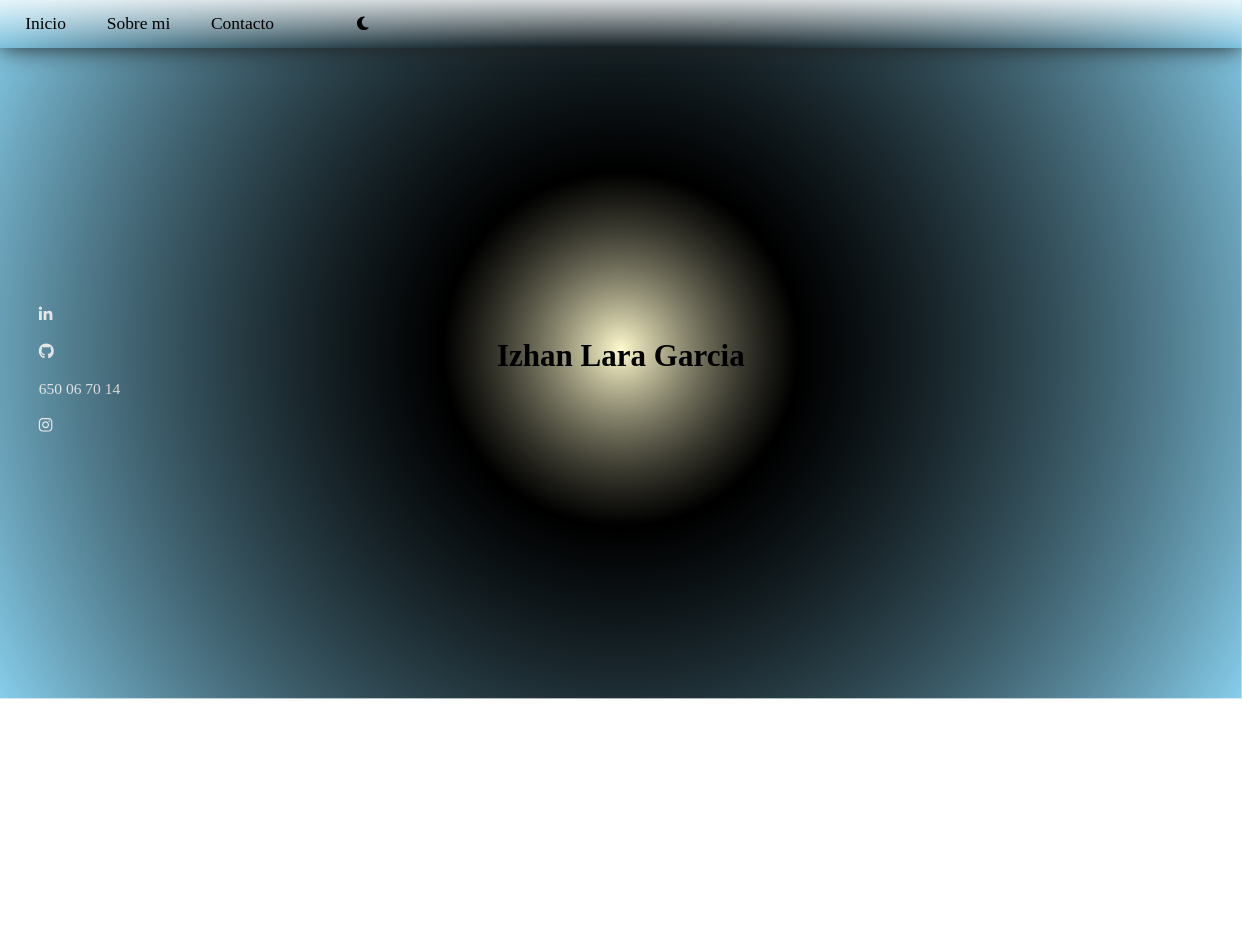
Repository: izhanlaraagarcia/izhanlaraagarcia.github.io
Page: / (app in vite-project/)
An editor plug-in stored every save of this project. The page is shown before and after the next save, followed by the edit.
The browser window is 1280 px wide. The pictures show the whole page, at 97% of full size.
The project was rebuilt for these pictures with package versions that can differ from the ones it lists, and the page was loaded fresh each time. Also part of the build but not shown: vite-project/vite.config.js, vite-project/src/pages/About/styles/about.scss, vite-project/src/pages/About/about.jsx, vite-project/src/pages/Contact/contact.jsx.

Above is the page before, as saved 2024-08-19 13:21:41.

After the next save:
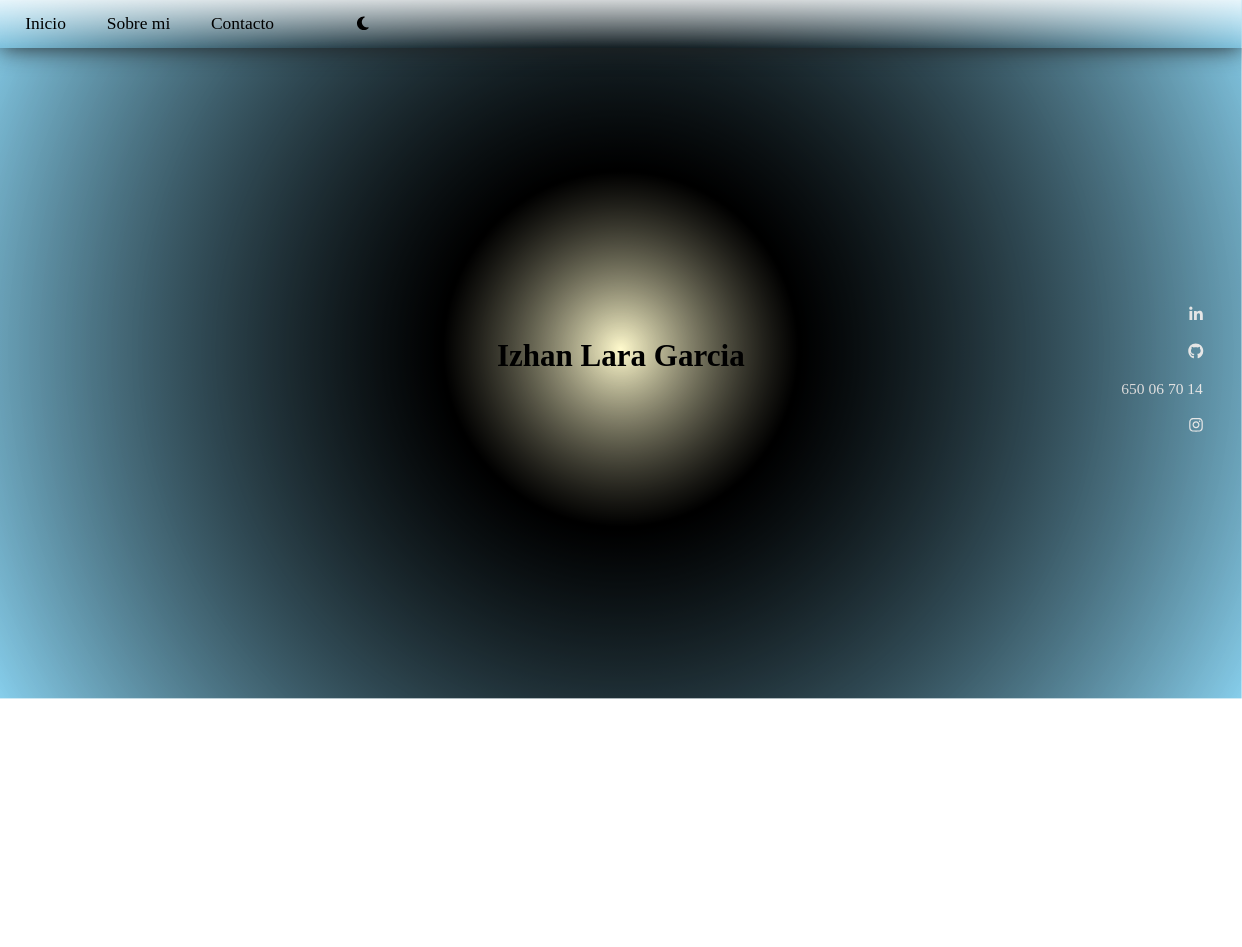
Saved 3 min 5 s later.
--- a/vite-project/src/Componentes-Generales/styles/social.scss
+++ b/vite-project/src/Componentes-Generales/styles/social.scss
@@ -4,7 +4,7 @@
     list-style: none; // Elimina los puntos de la lista
     padding: 0; // Elimina el padding de la lista
     margin: 0; // Elimina el margen de la lista
-    text-align: left; // Alinea el texto a la izquierda
+    text-align: right; // Alinea el texto a la derecha
   }
   li {
     display: block; // Cada item de la lista se mostrará en una línea nueva

After the save that followed:
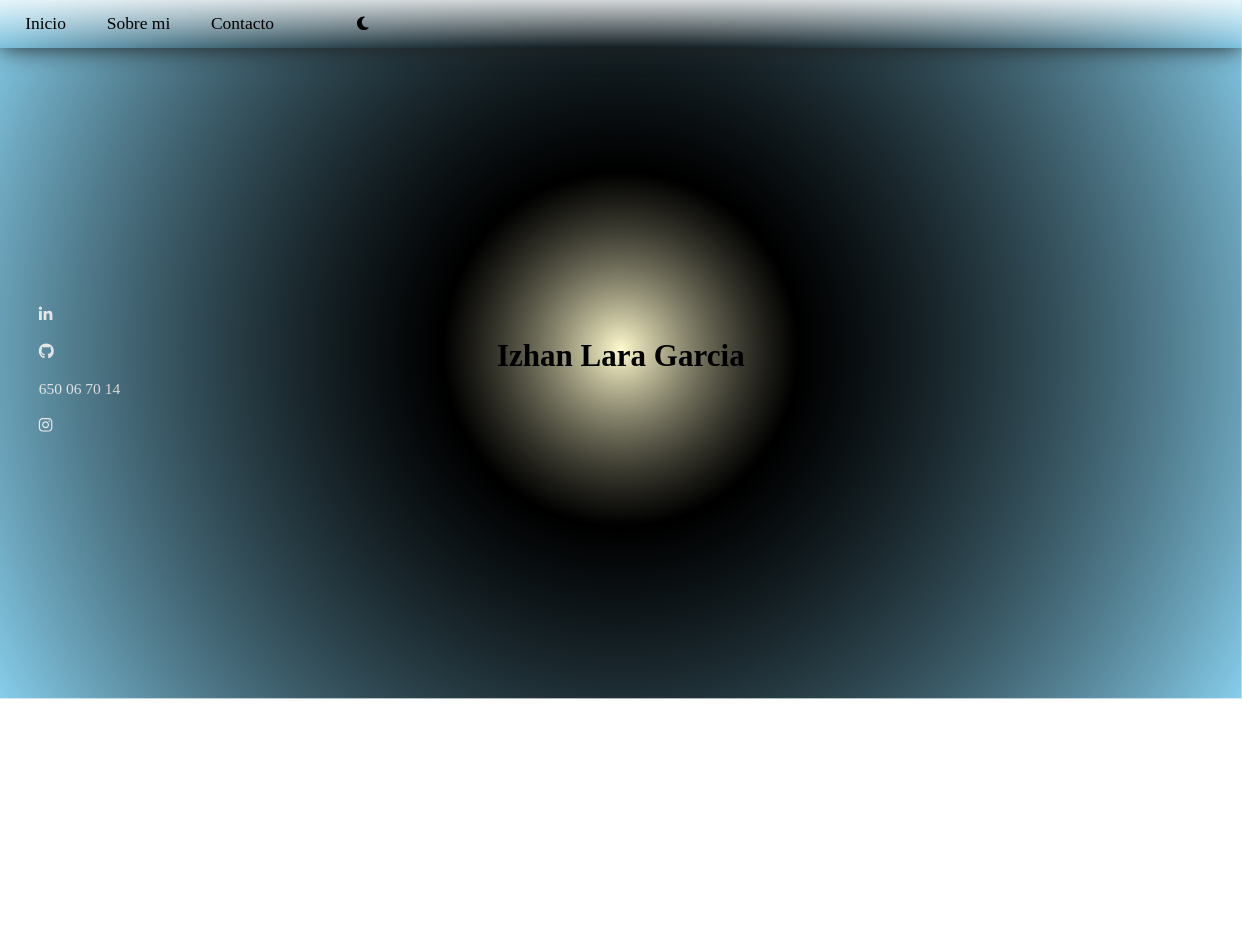
Saved 47 s later.
--- a/vite-project/src/Componentes-Generales/styles/social.scss
+++ b/vite-project/src/Componentes-Generales/styles/social.scss
@@ -4,7 +4,7 @@
     list-style: none; // Elimina los puntos de la lista
     padding: 0; // Elimina el padding de la lista
     margin: 0; // Elimina el margen de la lista
-    text-align: right; // Alinea el texto a la derecha
+    text-align: left; // Alinea el texto a la izquierda
   }
   li {
     display: block; // Cada item de la lista se mostrará en una línea nueva
